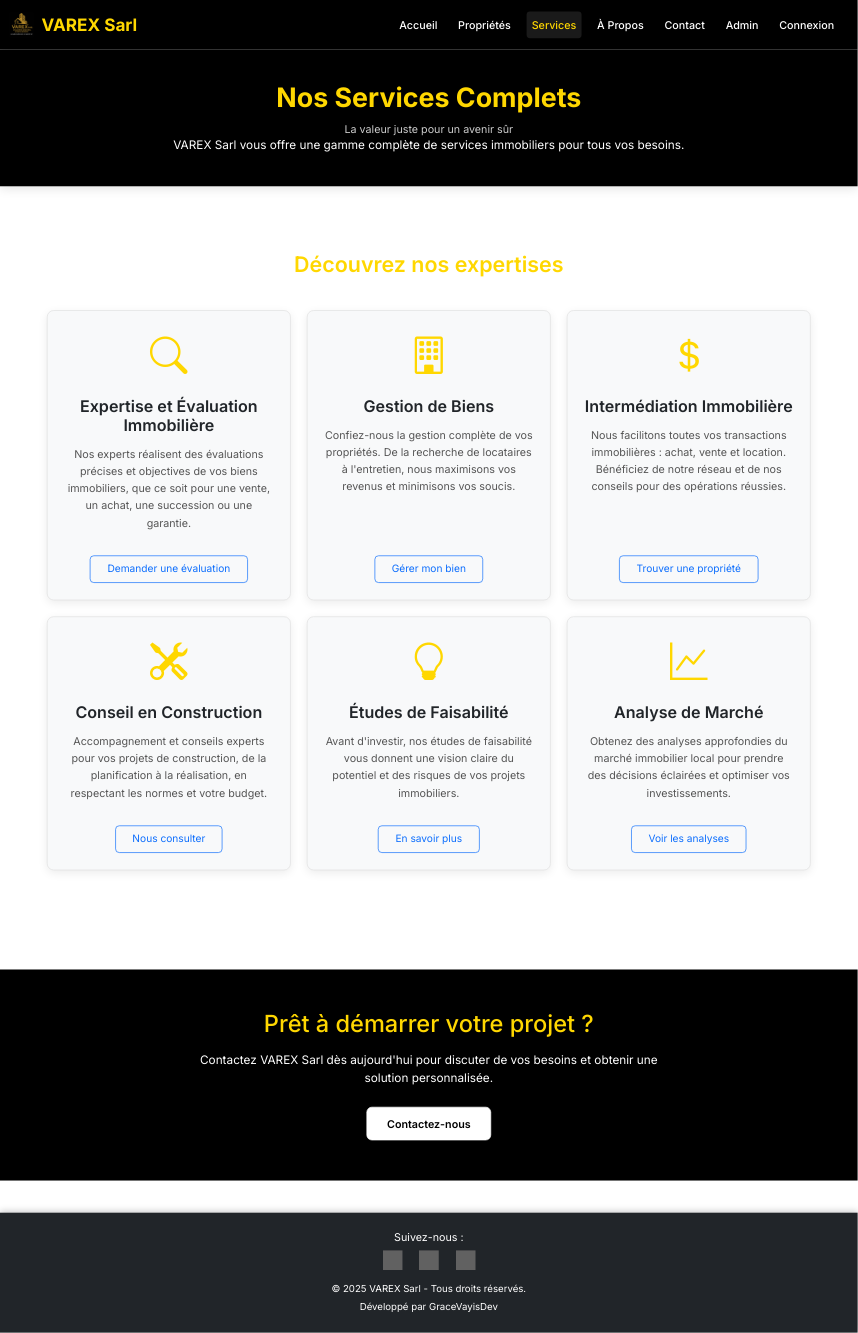
Repository: gradi243/catine
Page: service.html
The author's editor kept a copy of each file at every save. The page is drawn from the files as they stood at one save, then again after the next save.
The browser window is 1280 px wide. The pictures show the whole page, at 67% of full size.
Pictures or frames that could not be fetched are drawn as grey boxes.

Above is the page before, as saved 2025-06-30 23:59:12.

### service.html
<!DOCTYPE html>
<html lang="fr">
<head>
    <meta charset="UTF-8">
    <meta name="viewport" content="width=device-width, initial-scale=1.0">
    <title>Nos Services - VAREX Sarl</title>
    <!-- Bootstrap CSS via CDN -->
    <link href="https://cdn.jsdelivr.net/npm/bootstrap@5.3.2/dist/css/bootstrap.min.css" rel="stylesheet" xintegrity="sha384-T3c6CoIi6uLrA9TneNEoa7RxnatzjcDSCmG1MXxSR1GAsXEV/Dwwykc2MPK8M2HN" crossorigin="anonymous">
    <!-- Bootstrap Icons via CDN -->
    <link href="https://cdn.jsdelivr.net/npm/bootstrap-icons@1.10.5/font/bootstrap-icons.css" rel="stylesheet">
    <!-- Google Fonts: Inter for a clean, modern look -->
    <link href="https://fonts.googleapis.com/css2?family=Inter:wght@300;400;500;600;700&display=swap" rel="stylesheet">
    <!-- Custom Styles -->
    <style>
        /* Define CSS Variables for the new color palette */
        :root {
            --color-primary-yellow: #FFD700; /* Gold/Yellow */
            --color-secondary-black: #000000; /* Black */
            --color-light-white: #FFFFFF; /* White */
            --color-dark-grey-text: #212529; /* Dark grey for general text */
        }

        body {
            font-family: 'Inter', sans-serif;
            background-color: var(--color-light-white);
            color: var(--color-dark-grey-text);
            display: flex;
            flex-direction: column;
            min-height: 100vh;
        }

        /* Navbar Customization */
        .navbar {
            background-color: var(--color-secondary-black) !important;
            box-shadow: 0 2px 10px rgba(0, 0, 0, 0.2);
            padding-top: 0.75rem;
            padding-bottom: 0.75rem;
        }
        .navbar-brand {
            font-weight: 700;
            font-size: 1.6rem;
            color: var(--color-primary-yellow) !important;
            display: flex;
            align-items: center;
        }
        .navbar-brand #companyLogo {
            width: 40px;
            height: 40px;
            margin-right: 10px;
            display: flex;
            justify-content: center;
            align-items: center;
            flex-shrink: 0;
        }
        .navbar-brand #companyLogo img {
            max-width: 100%;
            max-height: 100%;
            object-fit: contain;
            border-radius: 5px;
        }
        .navbar-nav .nav-link {
            color: var(--color-light-white) !important;
            font-weight: 500;
            margin-right: 15px;
            padding: 8px 12px;
            border-radius: 5px;
            transition: background-color 0.3s ease, color 0.3s ease;
        }
        .navbar-nav .nav-link:hover,
        .navbar-nav .nav-link.active {
            background-color: rgba(255, 255, 255, 0.1);
            color: var(--color-primary-yellow) !important;
        }
        .navbar-toggler {
            border-color: rgba(255, 255, 255, 0.3);
        }
        .navbar-toggler-icon {
            background-image: url("data:[embedded picture, 214 characters]");
        }

        /* Header (Hero Section) Customization */
        header {
            background-color: var(--color-secondary-black) !important;
            color: var(--color-light-white) !important;
            padding: 60px 0;
            text-align: center;
            box-shadow: 0 4px 15px rgba(0, 0, 0, 0.1);
        }
        header h1 {
            font-size: 2.5rem;
            font-weight: 700;
            color: var(--color-primary-yellow) !important;
            margin-bottom: 10px;
        }
        header p {
            font-size: 1.1rem;
            color: var(--color-light-white);
            max-width: 800px;
            margin: 0 auto;
        }
        header .slogan {
            font-size: 1rem;
            color: #ccc;
            margin-top: 5px;
        }

        /* Section Titles */
        .text-primary {
            color: var(--color-primary-yellow) !important;
        }

        /* Services Section Specifics */
        .services-section {
            background-color: var(--color-light-white);
            padding: 50px 0;
        }
        .services-section h2 {
            font-size: 2rem;
            font-weight: 600;
            margin-bottom: 30px;
            color: var(--color-dark-grey-text);
        }
        .service-card {
            border: 1px solid #e0e0e0;
            border-radius: 10px;
            box-shadow: 0 4px 15px rgba(0, 0, 0, 0.08);
            transition: transform 0.3s ease, box-shadow 0.3s ease;
            background-color: #f8f9fa; /* Light grey background for cards */
            padding: 25px;
            text-align: center;
            display: flex;
            flex-direction: column;
            align-items: center;
            justify-content: flex-start; /* Align content to the top */
            height: 100%; /* Ensure cards have equal height */
        }
        .service-card:hover {
            transform: translateY(-5px);
            box-shadow: 0 8px 25px rgba(0, 0, 0, 0.15);
        }
        .service-card i {
            font-size: 3.5rem; /* Large icons */
            color: var(--color-primary-yellow);
            margin-bottom: 20px;
        }
        .service-card h5 {
            color: var(--color-dark-grey-text);
            font-size: 1.5rem;
            font-weight: 600;
            margin-bottom: 15px;
        }
        .service-card p {
            font-size: 1rem;
            line-height: 1.6;
            color: #555;
            flex-grow: 1; /* Allow description to take available space */
        }
        .service-card .btn-outline-primary {
            margin-top: 20px;
            width: auto;
            padding: 8px 25px;
            font-size: 0.95rem;
        }

        /* Call to Action Section */
        .cta-section {
            background-color: var(--color-secondary-black);
            color: var(--color-light-white);
            padding: 60px 0;
            text-align: center;
            margin-top: 50px;
        }
        .cta-section h2 {
            color: var(--color-primary-yellow);
            font-size: 2.2rem;
            margin-bottom: 20px;
        }
        .cta-section p {
            font-size: 1.1rem;
            max-width: 700px;
            margin: 0 auto 30px auto;
        }
        .cta-section .btn-light {
            background-color: var(--color-light-white);
            border-color: var(--color-light-white);
            color: var(--color-secondary-black);
            font-weight: 600;
            padding: 12px 30px;
            border-radius: 8px;
            transition: background-color 0.3s ease, transform 0.2s ease;
        }
        .cta-section .btn-light:hover {
            background-color: #e0e0e0;
            border-color: #e0e0e0;
            transform: translateY(-2px);
        }


        /* Footer Customization */
        footer {
            background-color: var(--color-secondary-black) !important;
            color: var(--color-light-white) !important;
            padding: 40px 0;
            margin-top: auto;
            box-shadow: 0 -2px 10px rgba(0, 0, 0, 0.2);
        }
        footer .social-icons a {
            margin: 0 10px;
            display: inline-block;
        }
        footer .social-icons img {
            width: 30px;
            height: 30px;
            filter: invert(100%) sepia(100%) saturate(0%) hue-rotate(285deg) brightness(100%) contrast(100%);
            transition: transform 0.2s ease;
        }
        footer .social-icons img:hover {
            transform: scale(1.1);
        }
        footer p {
            font-size: 0.9rem;
            margin-bottom: 5px;
        }

        /* Responsive adjustments */
        @media (max-width: 768px) {
            header h1 {
                font-size: 2rem;
            }
            header p {
                font-size: 1rem;
            }
            .services-section h2 {
                font-size: 1.8rem;
            }
            .service-card h5 {
                font-size: 1.3rem;
            }
            .service-card p {
                font-size: 0.9rem;
            }
            .cta-section h2 {
                font-size: 1.8rem;
            }
            .cta-section p {
                font-size: 1rem;
            }
        }
        @media (max-width: 576px) {
            .navbar-brand {
                font-size: 1.4rem;
            }
            header {
                padding: 40px 0;
            }
            header h1 {
                font-size: 1.6rem;
            }
            header .slogan {
                font-size: 0.9rem;
            }
            .service-card {
                padding: 20px;
            }
            .service-card i {
                font-size: 3rem;
            }
        }
    </style>
</head>
<body>

<nav class="navbar navbar-expand-lg navbar-dark">
    <div class="container-fluid">
        <a class="navbar-brand" href="index.html">
            <div id="companyLogo">
               <img src="img/logo.jpeg" alt="VAREX Sarl Logo">
            </div>
            <strong>VAREX Sarl</strong>
        </a>
        <button class="navbar-toggler" type="button" data-bs-toggle="collapse" data-bs-target="#navbarNav" aria-controls="navbarNav" aria-expanded="false" aria-label="Toggle navigation">
            <span class="navbar-toggler-icon"></span>
        </button>
        <div class="collapse navbar-collapse" id="navbarNav">
            <ul class="navbar-nav ms-auto">
                <li class="nav-item"><a class="nav-link" href="index.html">Accueil</a></li>
                <li class="nav-item"><a class="nav-link" href="categorie.html">Propriétés</a></li>
                <li class="nav-item"><a class="nav-link active" aria-current="page" href="service.html">Services</a></li>
                <li class="nav-item"><a class="nav-link" href="apropos.html">À Propos</a></li>
                <li class="nav-item"><a class="nav-link" href="contact.html">Contact</a></li>
                <li class="nav-item"><a class="nav-link" href="admin/index.html">Admin</a></li>
                <li class="nav-item"><a class="nav-link" href="login.html">Connexion</a></li>
            </ul>
        </div>
    </div>
</nav>

<header class="text-center py-5">
    <h1>Nos Services Complets</h1>
    <p class="slogan">La valeur juste pour un avenir sûr</p>
    <p>VAREX Sarl vous offre une gamme complète de services immobiliers pour tous vos besoins.</p>
</header>

<section class="container my-5 services-section">
    <h2 class="text-center text-primary mb-5">Découvrez nos expertises</h2>
    <div class="row g-4 justify-content-center">
        <!-- Service: Expertise et Évaluation Immobilière -->
        <div class="col-md-6 col-lg-4">
            <div class="service-card">
                <i class="bi bi-search"></i>
                <h5>Expertise et Évaluation Immobilière</h5>
                <p>Nos experts réalisent des évaluations précises et objectives de vos biens immobiliers, que ce soit pour une vente, un achat, une succession ou une garantie.</p>
                <a href="./contact.html" class="btn btn-outline-primary">Demander une évaluation</a>
            </div>
        </div>
        <!-- Service: Gestion de Biens -->
        <div class="col-md-6 col-lg-4">
            <div class="service-card">
                <i class="bi bi-building"></i>
                <h5>Gestion de Biens</h5>
                <p>Confiez-nous la gestion complète de vos propriétés. De la recherche de locataires à l'entretien, nous maximisons vos revenus et minimisons vos soucis.</p>
                <a href="./contact.html" class="btn btn-outline-primary">Gérer mon bien</a>
            </div>
        </div>
        <!-- Service: Intermédiation Immobilière -->
        <div class="col-md-6 col-lg-4">
            <div class="service-card">
                <i class="bi bi-currency-dollar"></i>
                <h5>Intermédiation Immobilière</h5>
                <p>Nous facilitons toutes vos transactions immobilières : achat, vente et location. Bénéficiez de notre réseau et de nos conseils pour des opérations réussies.</p>
                <a href="./contact.html" class="btn btn-outline-primary">Trouver une propriété</a>
            </div>
        </div>
        <!-- Vous pouvez ajouter d'autres services ici -->
        <div class="col-md-6 col-lg-4">
            <div class="service-card">
                <i class="bi bi-tools"></i>
                <h5>Conseil en Construction</h5>
                <p>Accompagnement et conseils experts pour vos projets de construction, de la planification à la réalisation, en respectant les normes et votre budget.</p>
                <a href="./contact.html" class="btn btn-outline-primary">Nous consulter</a>
            </div>
        </div>
        <div class="col-md-6 col-lg-4">
            <div class="service-card">
                <i class="bi bi-lightbulb"></i>
                <h5>Études de Faisabilité</h5>
                <p>Avant d'investir, nos études de faisabilité vous donnent une vision claire du potentiel et des risques de vos projets immobiliers.</p>
                <a href="./contact.html" class="btn btn-outline-primary">En savoir plus</a>
            </div>
        </div>
        <div class="col-md-6 col-lg-4">
            <div class="service-card">
                <i class="bi bi-graph-up"></i>
                <h5>Analyse de Marché</h5>
                <p>Obtenez des analyses approfondies du marché immobilier local pour prendre des décisions éclairées et optimiser vos investissements.</p>
                <a href="./contact.html" class="btn btn-outline-primary">Voir les analyses</a>
            </div>
        </div>
    </div>
</section>

<section class="cta-section">
    <h2>Prêt à démarrer votre projet ?</h2>
    <p>Contactez VAREX Sarl dès aujourd'hui pour discuter de vos besoins et obtenir une solution personnalisée.</p>
    <a href="contact.html" class="btn btn-light">Contactez-nous</a>
</section>

<footer class="text-center text-white py-4 bg-dark mt-5">
    <div class="mb-2">Suivez-nous :</div>
    <div class="social-icons">
        <a href="#"><img src="https://upload.wikimedia.org/wikipedia/commons/thumb/6/6b/WhatsApp.svg/2048px-WhatsApp.svg.png" alt="WhatsApp" style="filter: invert(100%);"></a>
        <a href="#"><img src="https://upload.wikimedia.org/wikipedia/commons/thumb/7/7e/Gmail_icon_%282020%29.svg/512px-Gmail_icon_%282020%29.svg.png" alt="Gmail" style="filter: invert(100%);"></a>
        <a href="#"><img src="https://upload.wikimedia.org/wikipedia/commons/thumb/b/b8/2021_Facebook_icon.svg/2048px-2021_Facebook_icon.svg.png" alt="Facebook" style="filter: invert(100%);"></a>
    </div>
    <p class="mt-3">&copy; 2025 VAREX Sarl - Tous droits réservés.</p>
    <p>Développé par GraceVayisDev</p>
</footer>

<!-- Bootstrap Bundle JS (includes Popper) -->
<script src="https://cdn.jsdelivr.net/npm/bootstrap@5.3.2/dist/js/bootstrap.bundle.min.js" xintegrity="sha384-C6RzsynM9kWDrMNeT87bh95OGNyZPhcTNXj1NW7RuBCsyN/o0jlpcV8Qyq46cDfL" crossorigin="anonymous"></script>
</body>
</html>

After the next save:
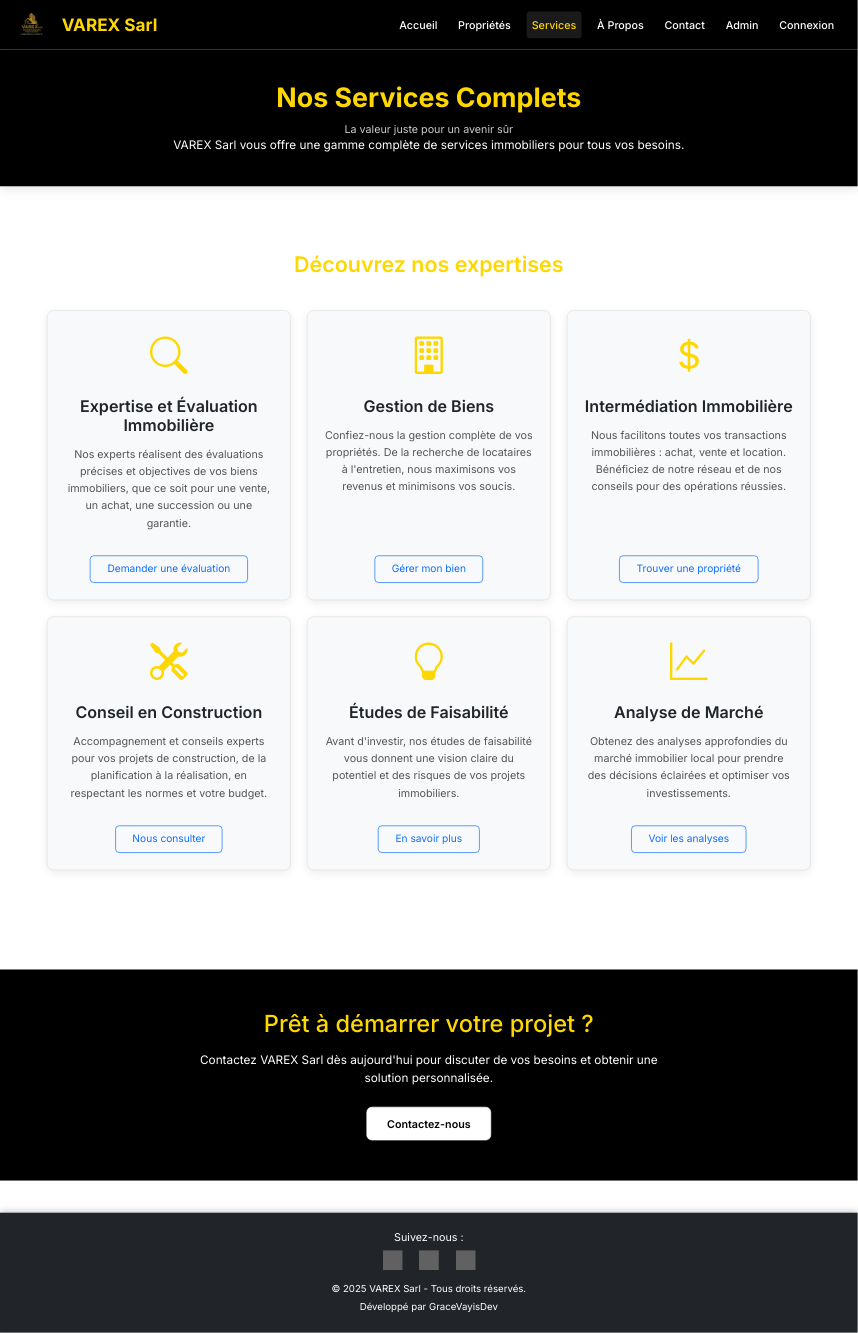
Saved 18 s later.
--- a/service.html
+++ b/service.html
@@ -44,7 +44,7 @@
             align-items: center;
         }
         .navbar-brand #companyLogo {
-            width: 40px;
+            width: 70px;
             height: 40px;
             margin-right: 10px;
             display: flex;
